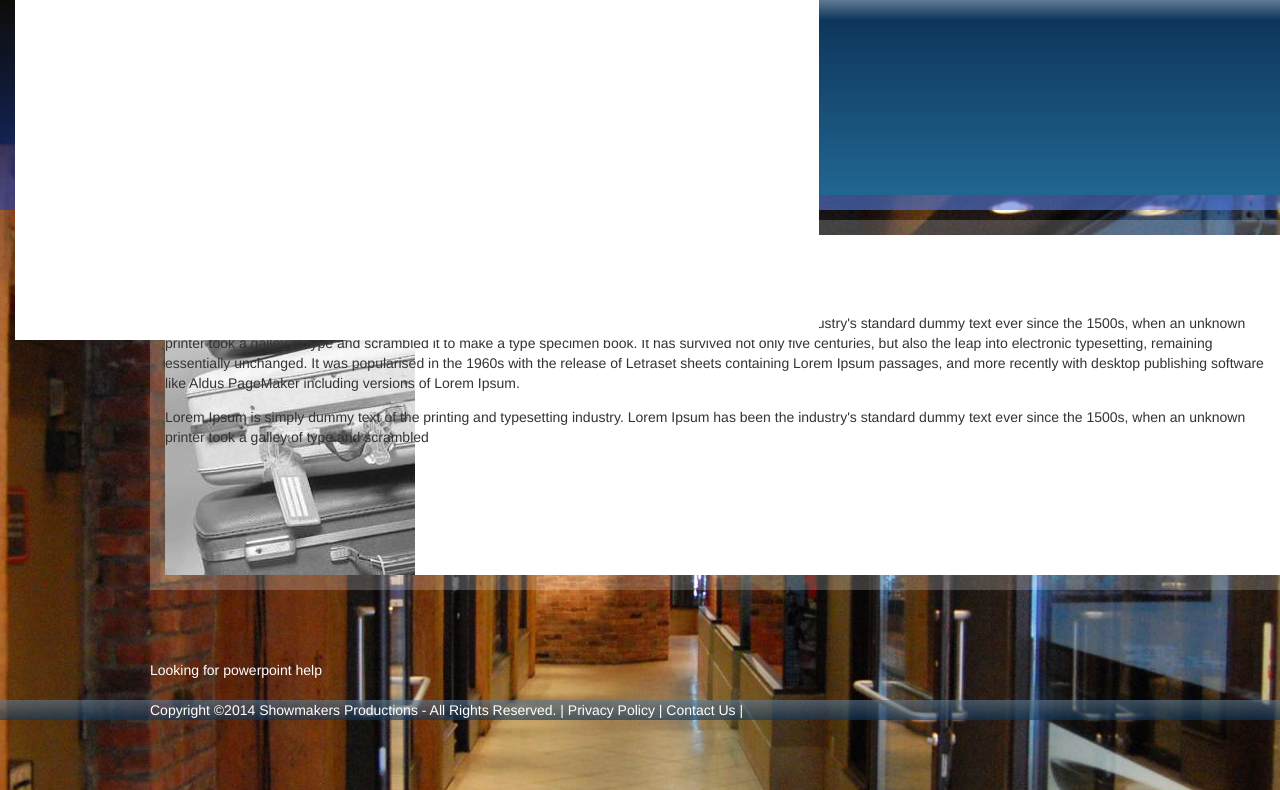
Repository: EddieMachete/showmakers
Page: index.html
The author's editor kept a record of every edit. The page is drawn from the files as they stood at one moment, then again after the next edit.
The browser window is 1280 px wide. The pictures show the whole page.
Backgrounds fixed to the window are drawn as part of the page.

Above is the page before.
Console error: TypeError: Cannot read properties of undefined (reading 'querySelector')

After the next edit:
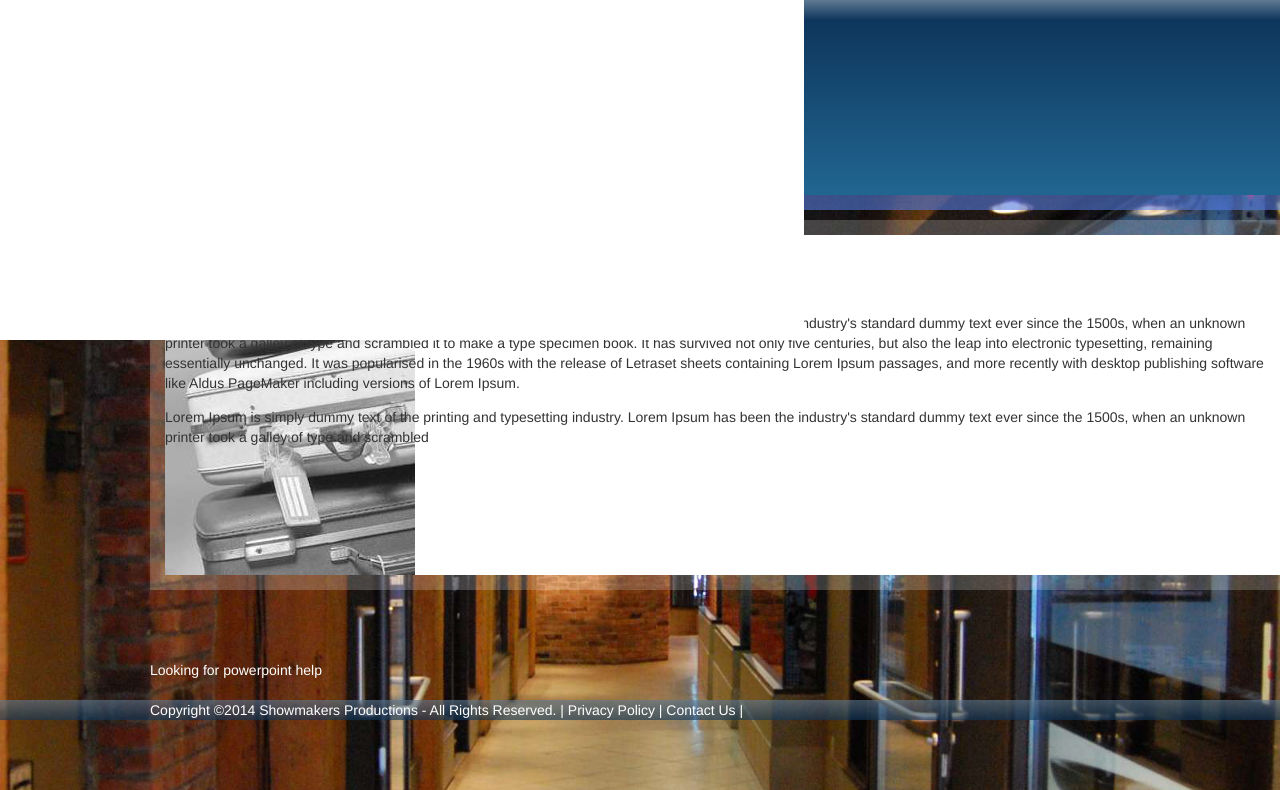
The edit:
--- a/Css/main.css
+++ b/Css/main.css
@@ -295,7 +295,7 @@
 }
 
 .main-content .content-transition {
-	left: 15px;
+	left: 0;
 	position: absolute;
 	top: 0;
 }
